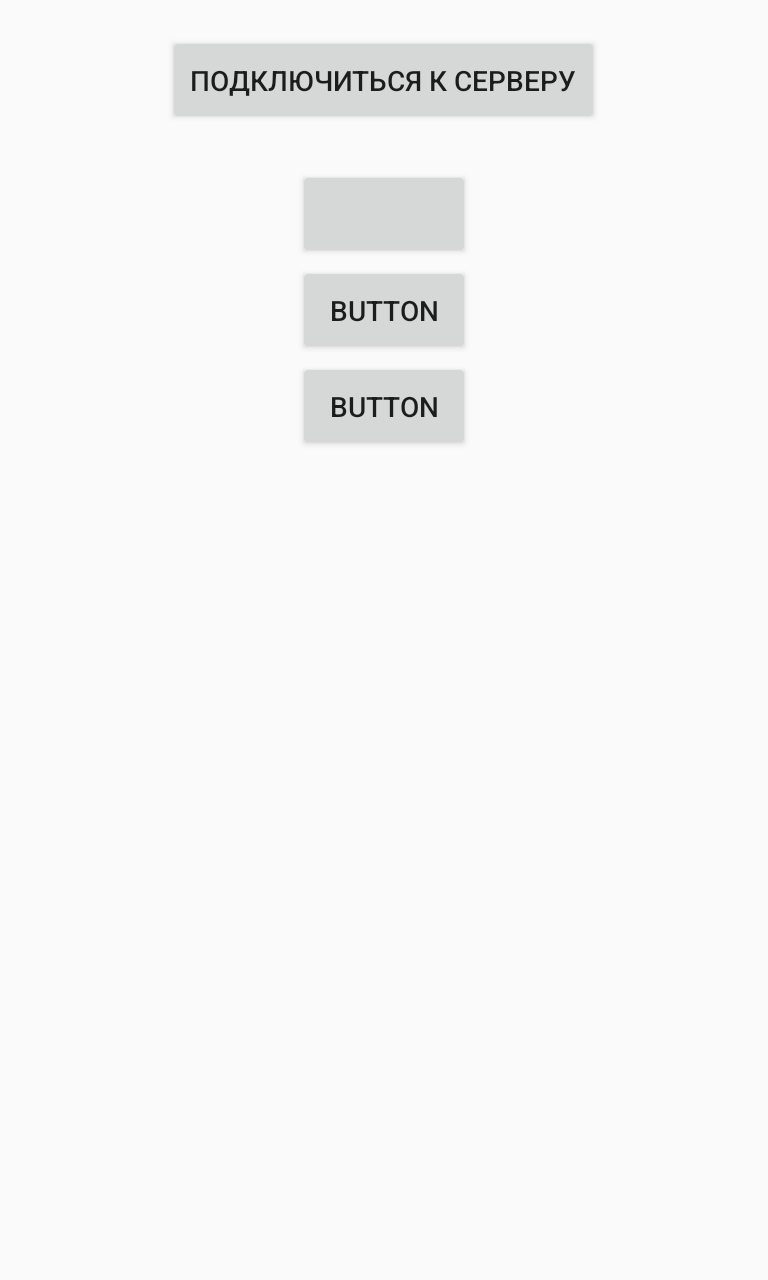
Repository: Laboratory711/Nightjar
Layout: android/Nightjar/workspace/Nightjar/res/layout/fragment_lab1.xml
The author's editor kept a copy of each file at every save. The layout is drawn from the files as they stood at one save, then again after the next save.
It is drawn on a 768 x 1280 px phone screen (xhdpi) without system bars, with theme AppTheme; the app's code is not run.

Above is the layout before, as saved 2014-03-27 00:48:33.

### android/Nightjar/workspace/Nightjar/res/layout/fragment_lab1.xml
<RelativeLayout xmlns:android="http://schemas.android.com/apk/res/android"
    xmlns:tools="http://schemas.android.com/tools"
    android:layout_width="match_parent"
    android:layout_height="match_parent"
    android:paddingBottom="@dimen/activity_vertical_margin"
    android:paddingLeft="@dimen/activity_horizontal_margin"
    android:paddingRight="@dimen/activity_horizontal_margin"
    android:paddingTop="@dimen/activity_vertical_margin"
    tools:context="ru.vint.labsoo.Lab1$PlaceholderFragment" >

    <Button
        android:id="@+id/button1"
        android:layout_width="wrap_content"
        android:layout_height="wrap_content"
        android:layout_alignParentTop="true"
        android:layout_centerHorizontal="true"
        android:onClick="onClickButtom1"
        android:text="@string/text_buttom_Name" />

    <TextView
        android:id="@+id/textView2"
        android:layout_width="wrap_content"
        android:layout_height="wrap_content"
        android:layout_below="@+id/button1"
        android:layout_centerHorizontal="true"
        android:text="@string/TV_text" />

    <Button
        android:id="@+id/button2"
        android:layout_width="wrap_content"
        android:layout_height="wrap_content"
        android:layout_below="@+id/textView2"
        android:layout_centerHorizontal="true" />

    <Button
        android:id="@+id/button3"
        android:layout_width="wrap_content"
        android:layout_height="wrap_content"
        android:layout_alignLeft="@+id/button2"
        android:layout_below="@+id/button2"
        android:text="Button" />

    <Button
        android:id="@+id/button4"
        android:layout_width="wrap_content"
        android:layout_height="wrap_content"
        android:layout_alignLeft="@+id/button3"
        android:layout_below="@+id/button3"
        android:text="Button" />

</RelativeLayout>

### android/Nightjar/workspace/Nightjar/res/values/strings.xml
<?xml version="1.0" encoding="utf-8"?>
<resources xmlns:android="http://schemas.android.com/apk/res/android">

    <string name="app_name">LabSOO</string>
    <string name="hello_world">Hello world!</string>
    <string name="action_settings">Настройки</string>
    <string android:layout_width="wrap_content" android:id="@+id/string1" android:layout_height="wrap_content" name="text_IP">IP Адрес сервера</string>
    <string android:id="@+id/string2" android:layout_height="wrap_content" android:layout_width="wrap_content" name="text_Port">Адрес порта</string>
    <string android:id="@+id/string3" android:layout_height="wrap_content" android:layout_width="wrap_content" name="text_buttom_Name">Подключиться к серверу</string>
    <string android:id="@+id/string4" android:layout_height="wrap_content" android:layout_width="wrap_content" name="TV_text"></string>
    <string android:id="@+id/string5" android:layout_height="wrap_content" android:layout_width="wrap_content" name="text_pref_app">Приложение написано группой студентов.</string>
	<string android:id="@+id/string6" android:layout_height="wrap_content" android:layout_width="wrap_content" name="text_buttom2_Name">Выполнить скрипт</string>
	<string android:id="@+id/string7" android:layout_height="wrap_content" android:layout_width="wrap_content" name="text_buttom3_Name">Загрузить скрипт</string>
	<string android:id="@+id/string8" android:layout_height="wrap_content" android:layout_width="wrap_content" name="text_buttom4_Name">Написать скрипт</string>
	<string name="pref_IP">IP_adres</string>
	<string name="pref_App">App</string>
	<string name="pref_Port">Prot</string>
</resources>

Loaded but not shown: android/Nightjar/workspace/Nightjar/res/values/styles.xml (common file); android/Nightjar/workspace/Nightjar/res/values-v11/styles.xml (common file); android/Nightjar/workspace/Nightjar/res/values-v14/styles.xml (common file); android/Nightjar/workspace/Nightjar/res/values/dimens.xml (common file); android/Nightjar/workspace/Nightjar/res/values-w820dp/dimens.xml (common file)

After the next save:
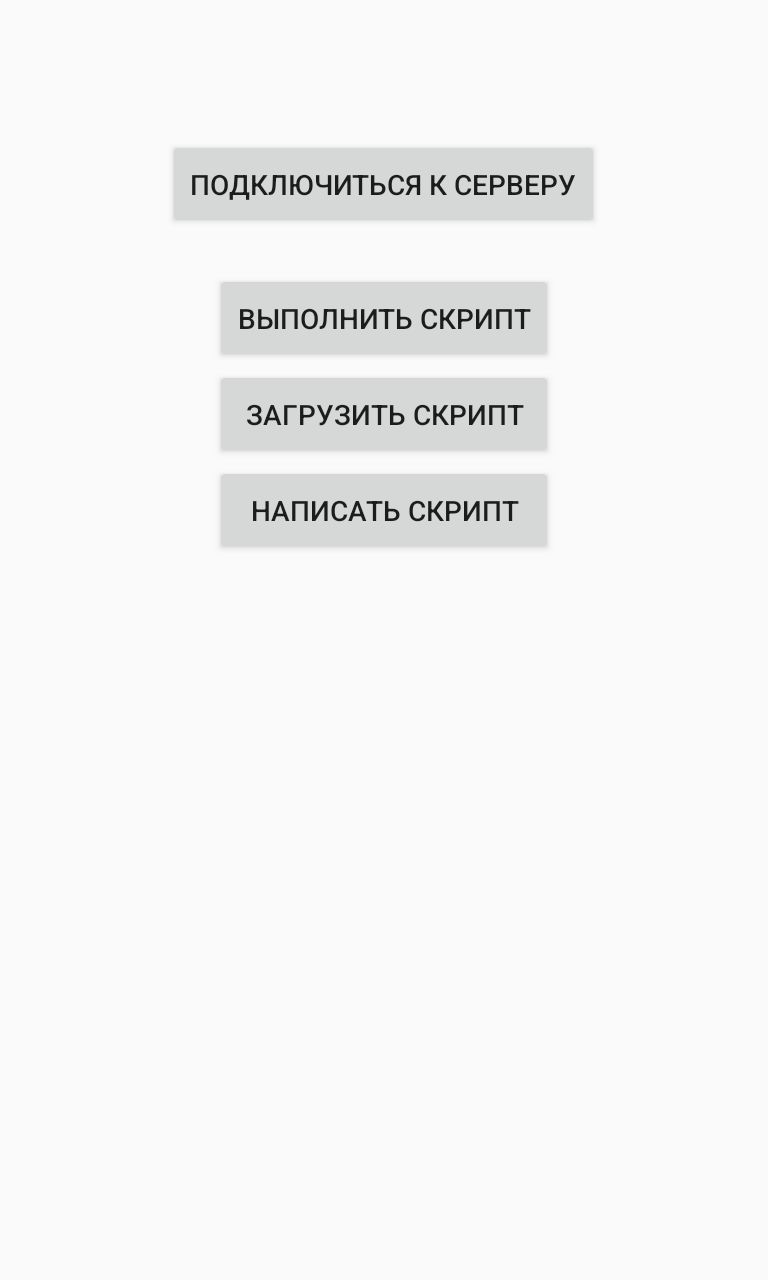
Saved 79 s later.
--- a/android/Nightjar/workspace/Nightjar/res/layout/fragment_lab1.xml
+++ b/android/Nightjar/workspace/Nightjar/res/layout/fragment_lab1.xml
@@ -7,15 +7,6 @@
     android:paddingRight="@dimen/activity_horizontal_margin"
     android:paddingTop="@dimen/activity_vertical_margin"
     tools:context="ru.vint.labsoo.Lab1$PlaceholderFragment" >
-
-    <Button
-        android:id="@+id/button1"
-        android:layout_width="wrap_content"
-        android:layout_height="wrap_content"
-        android:layout_alignParentTop="true"
-        android:layout_centerHorizontal="true"
-        android:onClick="onClickButtom1"
-        android:text="@string/text_buttom_Name" />
 
     <TextView
         android:id="@+id/textView2"
@@ -30,22 +21,35 @@
         android:layout_width="wrap_content"
         android:layout_height="wrap_content"
         android:layout_below="@+id/textView2"
-        android:layout_centerHorizontal="true" />
+        android:layout_centerHorizontal="true"
+        android:text="@string/text_buttom2_Name" />
 
     <Button
         android:id="@+id/button3"
         android:layout_width="wrap_content"
         android:layout_height="wrap_content"
         android:layout_alignLeft="@+id/button2"
+        android:layout_alignRight="@+id/button2"
         android:layout_below="@+id/button2"
-        android:text="Button" />
+        android:text="@string/text_buttom3_Name" />
 
     <Button
         android:id="@+id/button4"
         android:layout_width="wrap_content"
         android:layout_height="wrap_content"
         android:layout_alignLeft="@+id/button3"
+        android:layout_alignRight="@+id/button3"
         android:layout_below="@+id/button3"
-        android:text="Button" />
+        android:text="@string/text_buttom4_Name" />
+
+    <Button
+        android:id="@+id/button1"
+        android:layout_width="wrap_content"
+        android:layout_height="wrap_content"
+        android:layout_alignParentTop="true"
+        android:layout_centerHorizontal="true"
+        android:layout_marginTop="52dp"
+        android:onClick="onClickButtom1"
+        android:text="@string/text_buttom_Name" />
 
 </RelativeLayout>
